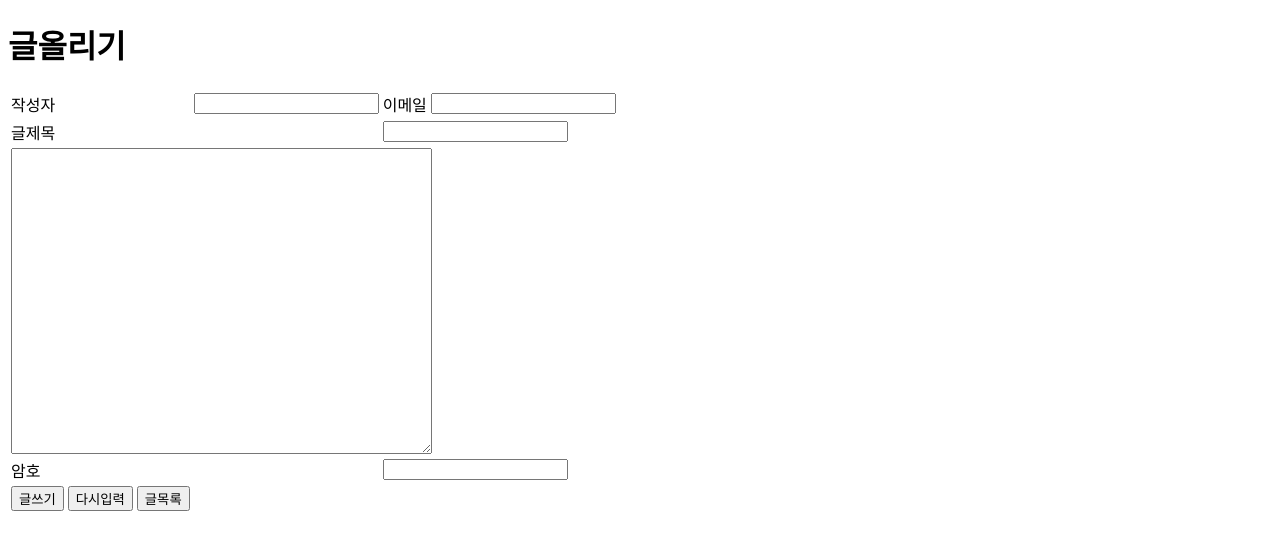
Repository: lch901/webStudy
Page: http://localhost/beanPro/board/write.jsp
The author's editor kept a copy of each file at every save. The page is drawn from the files as they stood at one save, then again after the next save.
The browser window is 1280 px wide. The pictures show the whole page.
The page is served by Tomcat 9. Other server files are loaded and not shown.

Above is the page before, as saved 2020-08-27 02:25:11.

### beanPro/WebContent/board/write.jsp
<%@ page language="java" contentType="text/html; charset=UTF-8"
    pageEncoding="UTF-8"%>
<!DOCTYPE html PUBLIC "-//W3C//DTD HTML 4.01 Transitional//EN" "http://www.w3.org/TR/html4/loose.dtd">
<html>
<head>
<meta http-equiv="Content-Type" content="text/html; charset=UTF-8">
<title>Insert title here</title>

</head>
<body>
	<h1>글올리기</h1>
	<form action="writeOk.jsp" method="get">
		<table>
			<tr>
				<td>작성자</td>
				<td><input type="text" name="b_name"></td>
				<td>이메일</td>
				<td><input type="email" name="b_email"></td>
			</tr>
			<tr>
				<td colspan="2">글제목</td>
				<td colspan="2"><input type="text" name="b_title"></td>
			</tr>
			<tr>
				<td colspan="4">
					<textarea rows="20" cols="50" name="b_content"></textarea>
				</td>
			</tr>
			<tr>
				<td colspan="2">암호</td>
				<td colspan="2"><input type="text" name="b_pwd"></td>
			</tr>
			<tr>
				<td>
					<input type="submit" value="글쓰기">
					<input type="reset" value="다시입력">
					<input type="button" value="글목록" onclick="location.href='list.jsp'">
				</td>
			</tr>
		</table>
	</form>
</body>
</html>

After the next save:
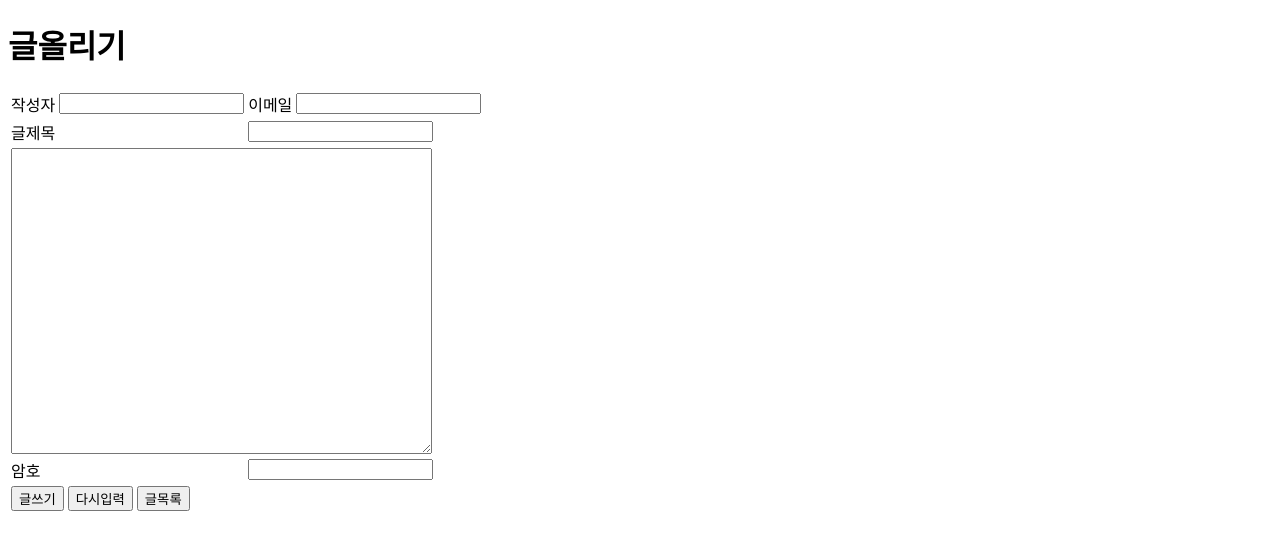
Saved 10 s later.
--- a/beanPro/WebContent/board/write.jsp
+++ b/beanPro/WebContent/board/write.jsp
@@ -31,7 +31,7 @@
 				<td colspan="2"><input type="text" name="b_pwd"></td>
 			</tr>
 			<tr>
-				<td>
+				<td colspan="4">
 					<input type="submit" value="글쓰기">
 					<input type="reset" value="다시입력">
 					<input type="button" value="글목록" onclick="location.href='list.jsp'">
